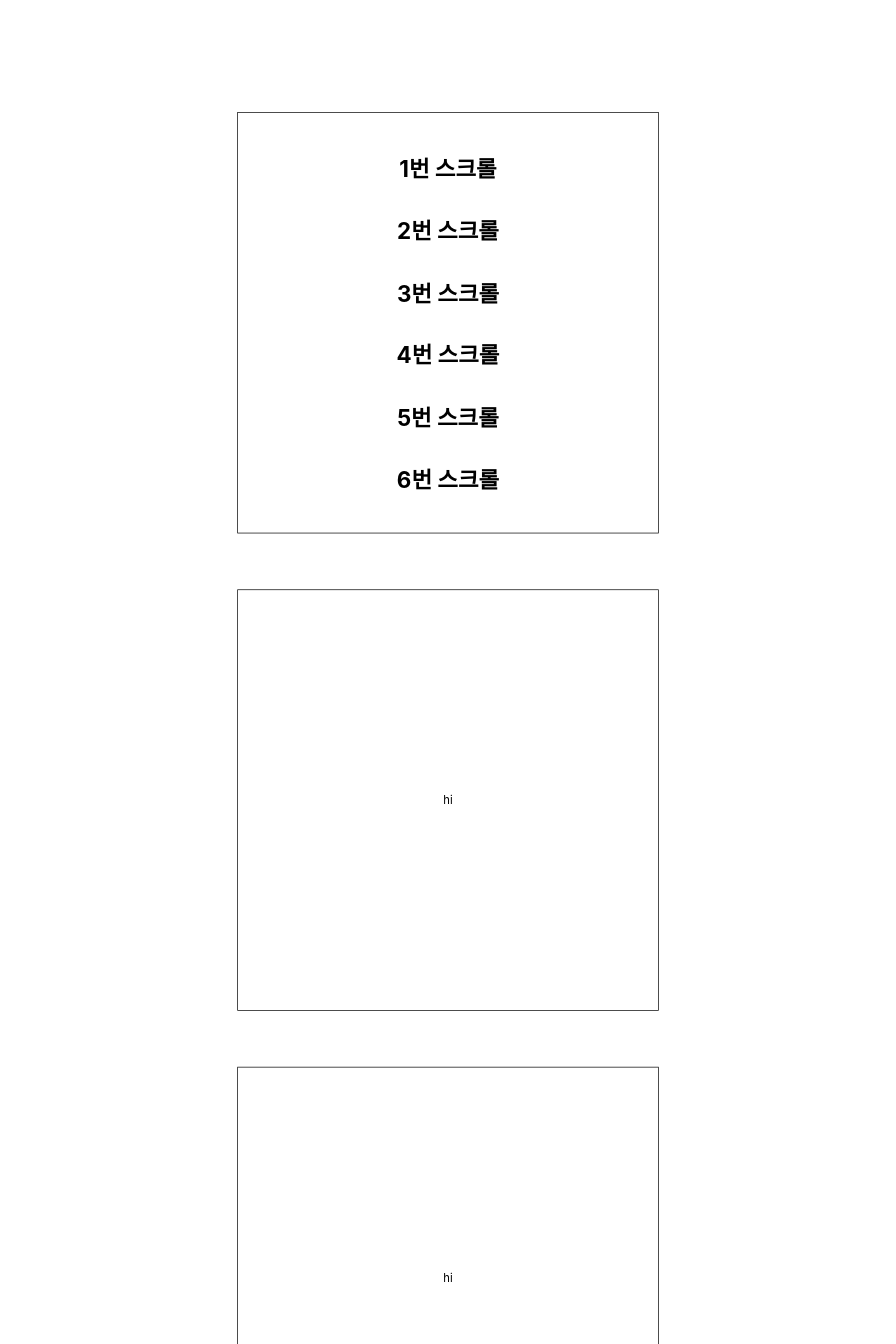
Repository: jiyeonyun/ReactMasterClass
Page: / (app in scroll/)
An editor plug-in stored every save of this project. The page is shown before and after the next save, followed by the edit.
The browser window is 1280 px wide. The pictures show the part of the page from y = 0 to 1920 px (the page is 3048 px tall), at 70% of full size.
The project was rebuilt for these pictures with package versions that can differ from the ones it lists, and the page was loaded fresh each time. Also part of the build but not shown: scroll/src/App.css.

Above is the page before, as saved 2022-06-14 15:22:21.

### scroll/src/App.jsx
import "./App.css";
import styled from "styled-components";

const Wrap = styled.div`
  display: flex;
  flex-direction: column;
  align-items: center;
  padding: 10rem;
  justify-content: center;
`;

const First = styled.div`
  width: 600px;
  height: 600px;
  display: flex;
  flex-direction: column;
  align-items: center;
  justify-content: center;
  border: 1px solid;
  margin-bottom: 5rem;
`;
function App() {
  return (
    <Wrap>
      <First>
        <h1>1번 스크롤</h1>
        <h1>2번 스크롤</h1>
        <h1>3번 스크롤</h1>
        <h1>4번 스크롤</h1>
        <h1>5번 스크롤</h1>
        <h1>6번 스크롤</h1>
      </First>
      <First>hi</First>
      <First>hi</First>
      <First>hi</First>
    </Wrap>
  );
}

export default App;

Loaded but not shown: scroll/public/index.html (common file); scroll/src/index.js (common file); scroll/src/index.css (common file); scroll/src/reportWebVitals.js (common file)

After the next save:
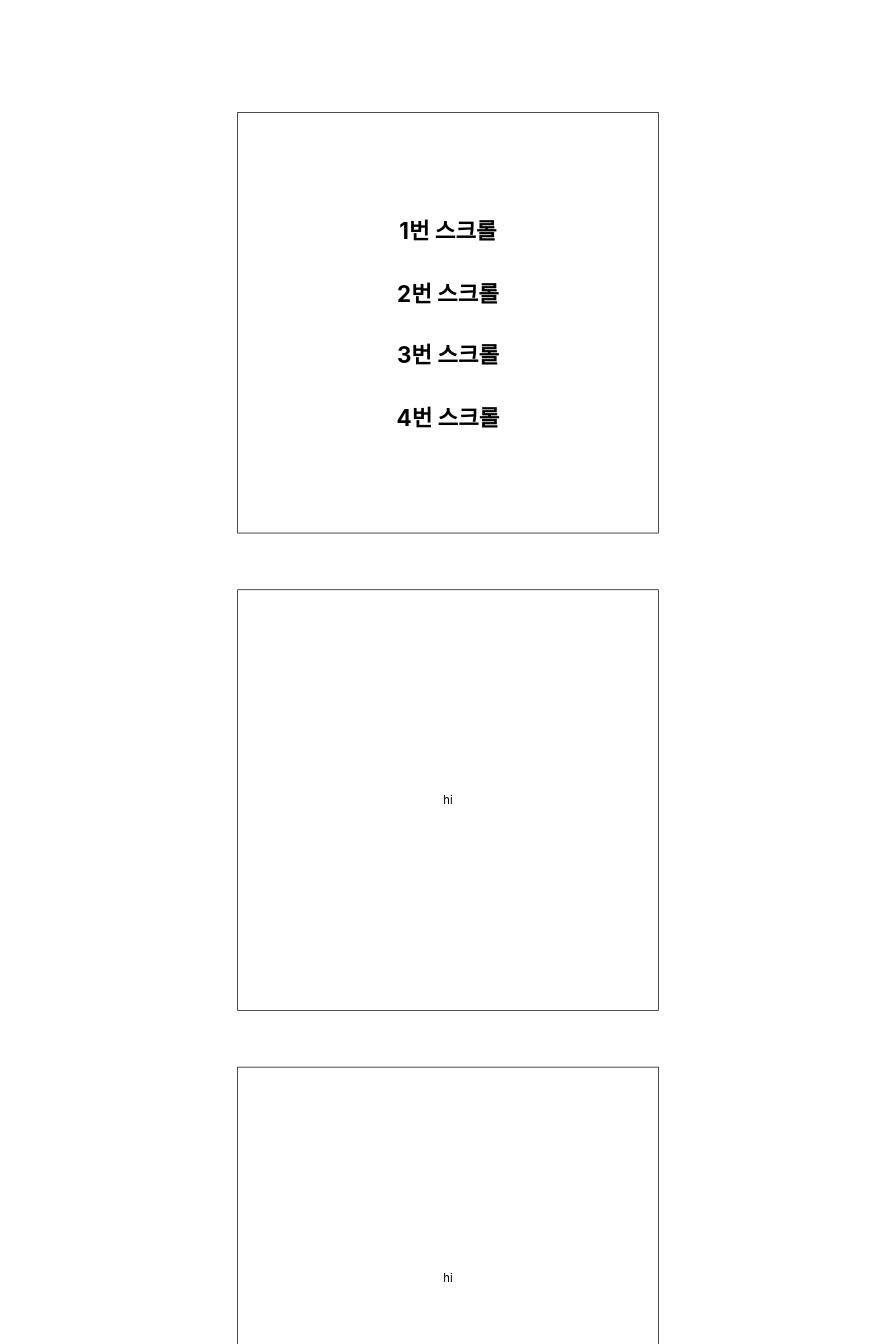
Saved 6 s later.
--- a/scroll/src/App.jsx
+++ b/scroll/src/App.jsx
@@ -27,8 +27,6 @@ function App() {
         <h1>2번 스크롤</h1>
         <h1>3번 스크롤</h1>
         <h1>4번 스크롤</h1>
-        <h1>5번 스크롤</h1>
-        <h1>6번 스크롤</h1>
       </First>
       <First>hi</First>
       <First>hi</First>
